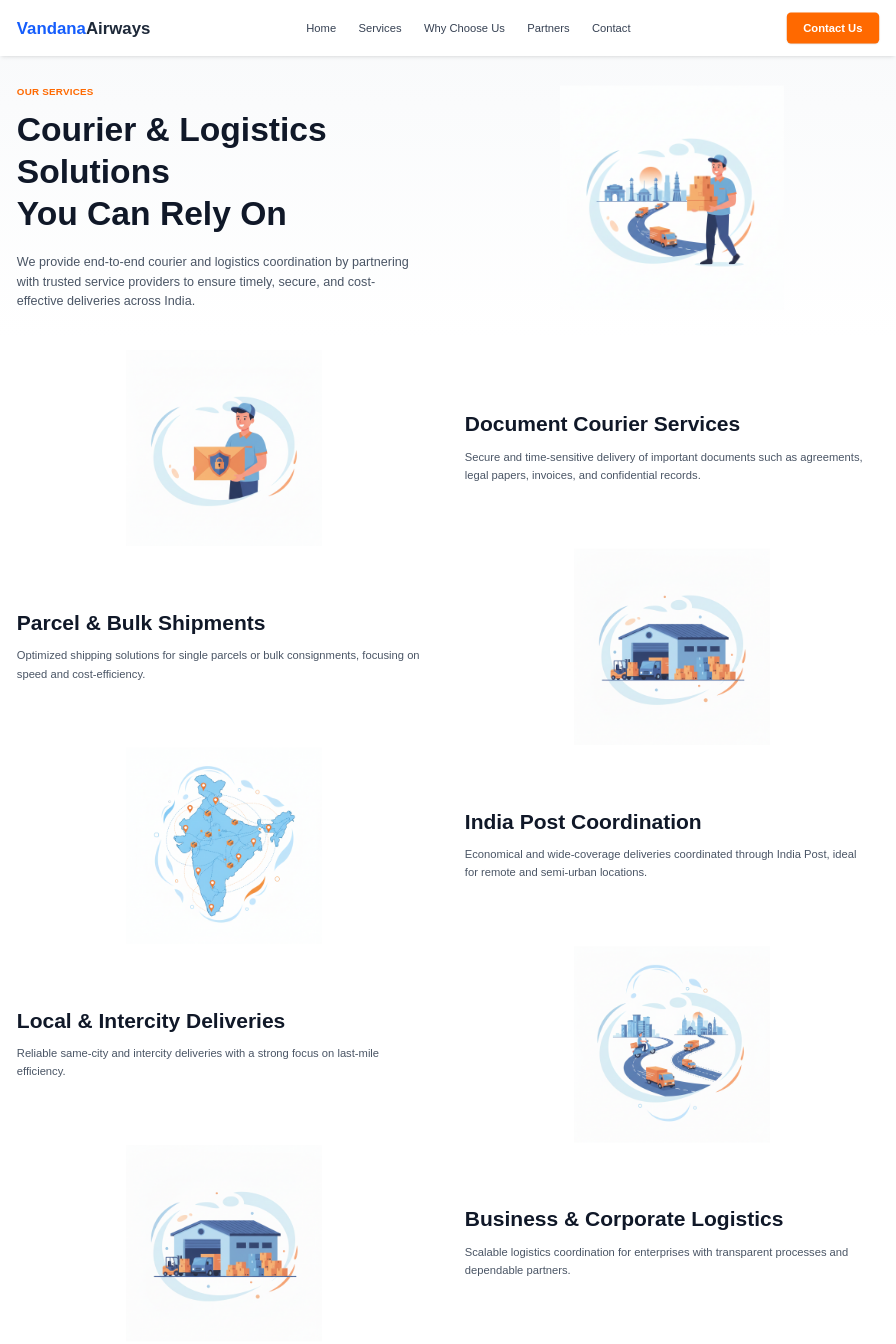
Repository: Rohit-foryou/Courier-Portfolio
Page: /services
An editor plug-in stored every save of this project. The page is shown before and after the next save, followed by the edit.
The browser window is 1280 px wide. The pictures show the part of the page from y = 0 to 1920 px (the page is 3752 px tall before and 4036 px after), at 70% of full size.
The project was rebuilt for these pictures with package versions that can differ from the ones it lists, and the page was loaded fresh each time. The framework's server and built-in components were replaced by stand-ins that run in the browser. Also part of the build but not shown: next.config.ts.

Above is the page before, as saved 2026-02-10 01:10:31.

After the next save:
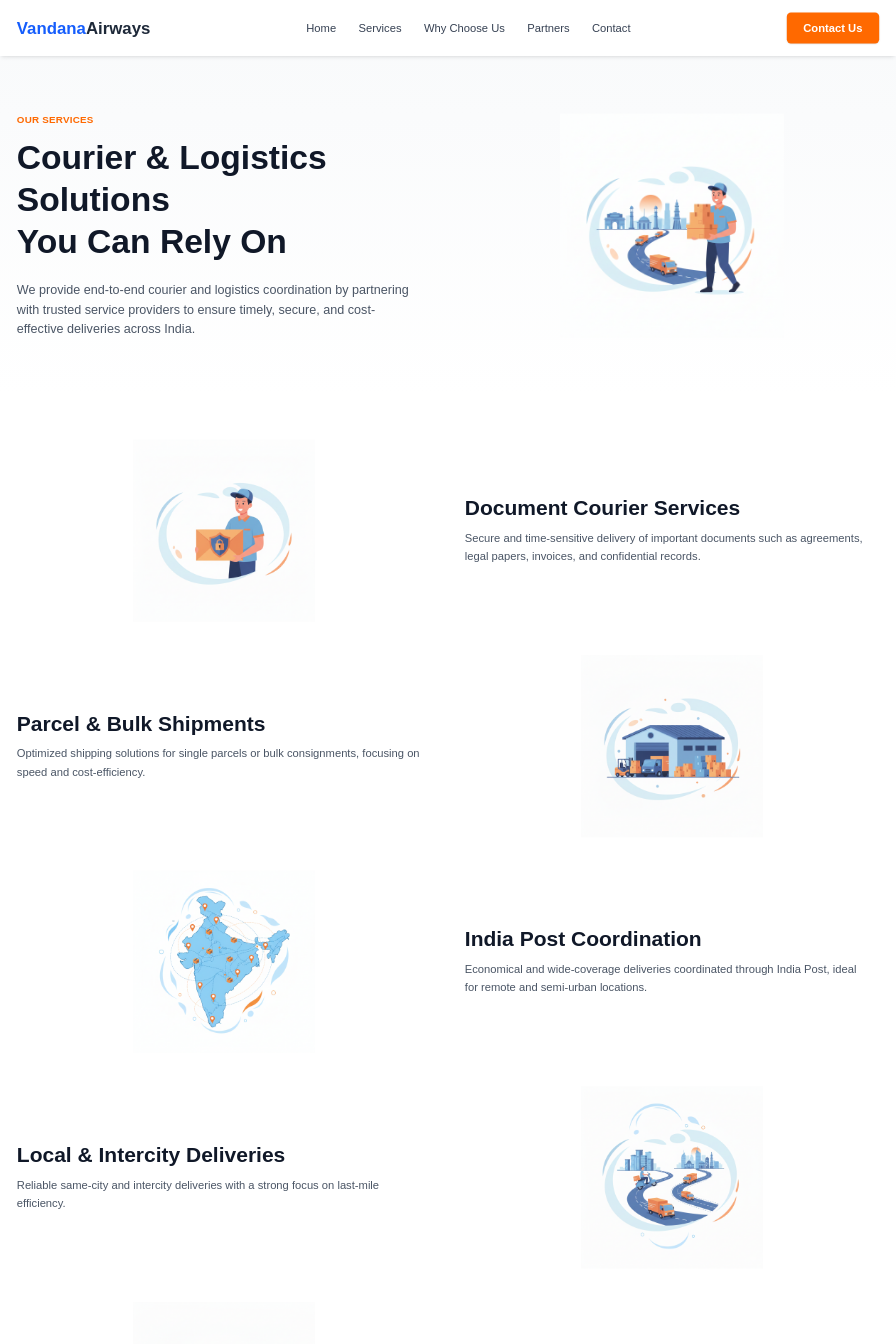
Saved 47 s later.
--- a/app/services/page.tsx
+++ b/app/services/page.tsx
@@ -38,7 +38,7 @@
   return (
     <>
       {/* HERO */}
-      <section className="bg-gradient-to-b from-gray-50 to-white py-10">
+      <section className="bg-gradient-to-b from-gray-50 to-white py-20">
         <div className="max-w-7xl mx-auto px-6 grid grid-cols-1 md:grid-cols-2 gap-12 items-center">
           <div>
             <p className="text-sm font-semibold text-orange-500 uppercase tracking-wide">
@@ -71,10 +71,10 @@
       </section>
 
       {/* CORE SERVICES */}
-      <section className="bg-white py-4">
-        <div className="max-w-7xl mx-auto px-6 space-y-1">
+      <section className="bg-white py-16">
+        <div className="max-w-7xl mx-auto px-6 space-y-12">
           {services.map((s, i) => {
-            const imageLeft = i % 2 === 0; // 👈 FIRST IMAGE LEFT
+            const imageLeft = i % 2 === 0;
 
             return (
               <div
@@ -90,13 +90,12 @@
                   <Image
                     src={s.img}
                     alt={s.title}
-                    width={280}
-                    height={200}
+                    width={260}
+                    height={190}
                     className="
                       object-contain
-                      transition
+                      transition-all
                       duration-300
-                      ease-out
                       hover:scale-[1.04]
                       hover:-translate-y-1
                     "
@@ -104,11 +103,15 @@
                 </div>
 
                 {/* TEXT */}
-                <div className={imageLeft ? "md:order-2" : "md:order-1"}>
+                <div
+                  className={`transition-transform duration-300 hover:translate-x-1 ${
+                    imageLeft ? "md:order-2" : "md:order-1"
+                  }`}
+                >
                   <h2 className="text-3xl font-bold text-gray-900">
                     {s.title}
                   </h2>
-                  <p className="mt-4 text-gray-600 max-w-xl leading-relaxed">
+                  <p className="mt-3 text-gray-600 max-w-xl leading-relaxed">
                     {s.desc}
                   </p>
                 </div>
@@ -116,7 +119,6 @@
             );
           })}
         </div>
-
       </section>
 
       {/* WHAT WE OFFER */}
@@ -129,7 +131,7 @@
             What We Offer
           </h2>
 
-          <div className="mt-16 grid grid-cols-1 sm:grid-cols-2 lg:grid-cols-4 gap-8">
+          <div className="mt-12 grid grid-cols-1 sm:grid-cols-2 lg:grid-cols-4 gap-8">
             {[
               { title: "Fast Delivery", icon: "🚚", desc: "Urgent timelines met efficiently." },
               { title: "PAN India Coverage", icon: "📍", desc: "Remote to metro reach." },
@@ -138,7 +140,11 @@
             ].map((item, i) => (
               <div
                 key={i}
-                className="bg-white p-8 rounded-xl shadow-sm hover:shadow-lg transition"
+                className="
+                  bg-white p-8 rounded-xl shadow-sm
+                  hover:shadow-lg hover:-translate-y-1
+                  transition-all duration-300
+                "
               >
                 <div className="text-4xl mb-4">{item.icon}</div>
                 <h3 className="font-semibold text-gray-900">{item.title}</h3>
@@ -155,8 +161,11 @@
           <h2 className="text-4xl font-bold text-gray-900">
             Why Choose Our Services?
           </h2>
-
-          <div className="mt-16 grid grid-cols-1 md:grid-cols-3 gap-10">
+          <p className="mt-4 text-gray-600 max-w-2xl mx-auto">
+            Trusted by individuals and businesses for reliable courier coordination across India.
+          </p>
+
+          <div className="mt-12 grid grid-cols-1 md:grid-cols-3 gap-10">
             {[
               { title: "Cost-Effective", desc: "Competitive pricing through intelligent courier planning.", icon: "💰" },
               { title: "Reliable Coordination", desc: "Clear communication and dependable logistics execution.", icon: "🤝" },
@@ -164,7 +173,11 @@
             ].map((item, i) => (
               <div
                 key={i}
-                className="bg-gray-50 p-8 rounded-xl border hover:shadow-md transition"
+                className="
+                  bg-gray-50 p-8 rounded-xl border
+                  hover:shadow-md hover:-translate-y-1
+                  transition-all duration-300
+                "
               >
                 <div className="text-4xl mb-4">{item.icon}</div>
                 <h3 className="font-semibold text-lg text-gray-900">
@@ -180,14 +193,19 @@
       {/* CTA */}
       <section className="bg-blue-50 py-20 text-center">
         <h2 className="text-3xl font-bold text-gray-900">
-          Need a Reliable Courier Partner?
+          Need a Reliable Courier Partner Today?
         </h2>
         <p className="mt-4 text-gray-600">
-          Contact us today and let us handle your delivery needs.
+          Get quick assistance for documents, parcels, and business logistics.
         </p>
         <Link
           href="/contact"
-          className="inline-block mt-6 bg-orange-500 text-white px-8 py-3 rounded-md font-semibold hover:bg-orange-600 transition"
+          className="
+            inline-block mt-6 bg-orange-500 text-white
+            px-8 py-3 rounded-md font-semibold
+            hover:bg-orange-600 hover:scale-[1.03]
+            transition-all
+          "
         >
           Get in Touch
         </Link>
